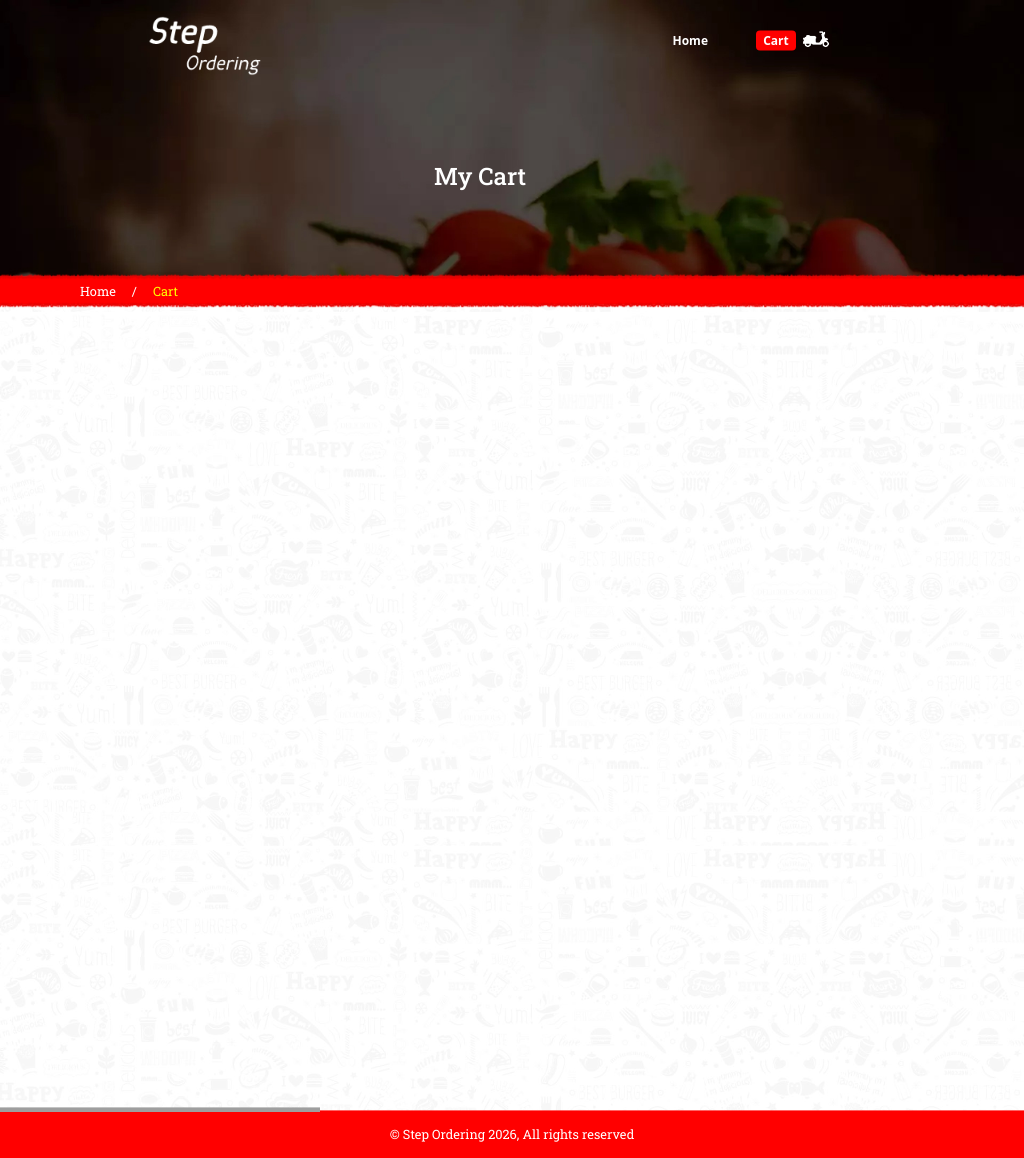
Repository: anastasia29-step/OnlineRestaurant
Page: cart/cart.html
An editor plug-in stored every save of this project. The page is shown before and after the next save, followed by the edit.
The browser window is 1280 px wide. The pictures show the whole page, at 80% of full size.
Pictures or frames that could not be fetched are drawn as grey boxes. The page's requests for data from a server got no answer. Some web libraries are served in a nearby version.

Above is the page before, as saved 2026-03-12 00:53:03.

After the next save:
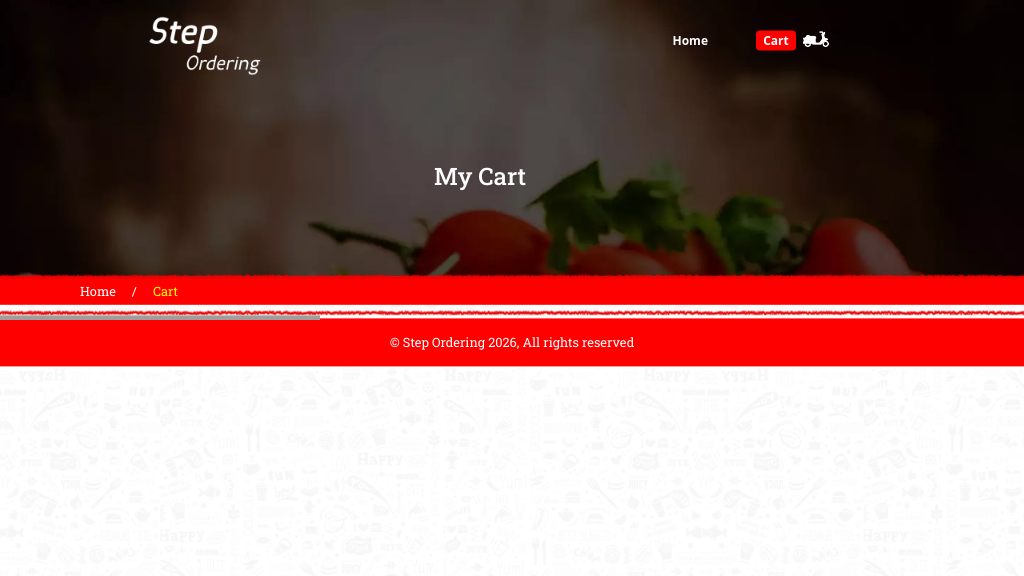
Saved 17 h 0 min later.
--- a/cart/cart.css
+++ b/cart/cart.css
@@ -49,7 +49,7 @@
 .secondimg img {
     width: 100%;
     height: 7px;
-    margin-bottom: 1000px;
+
 }
 ul {
     padding: 40px;
